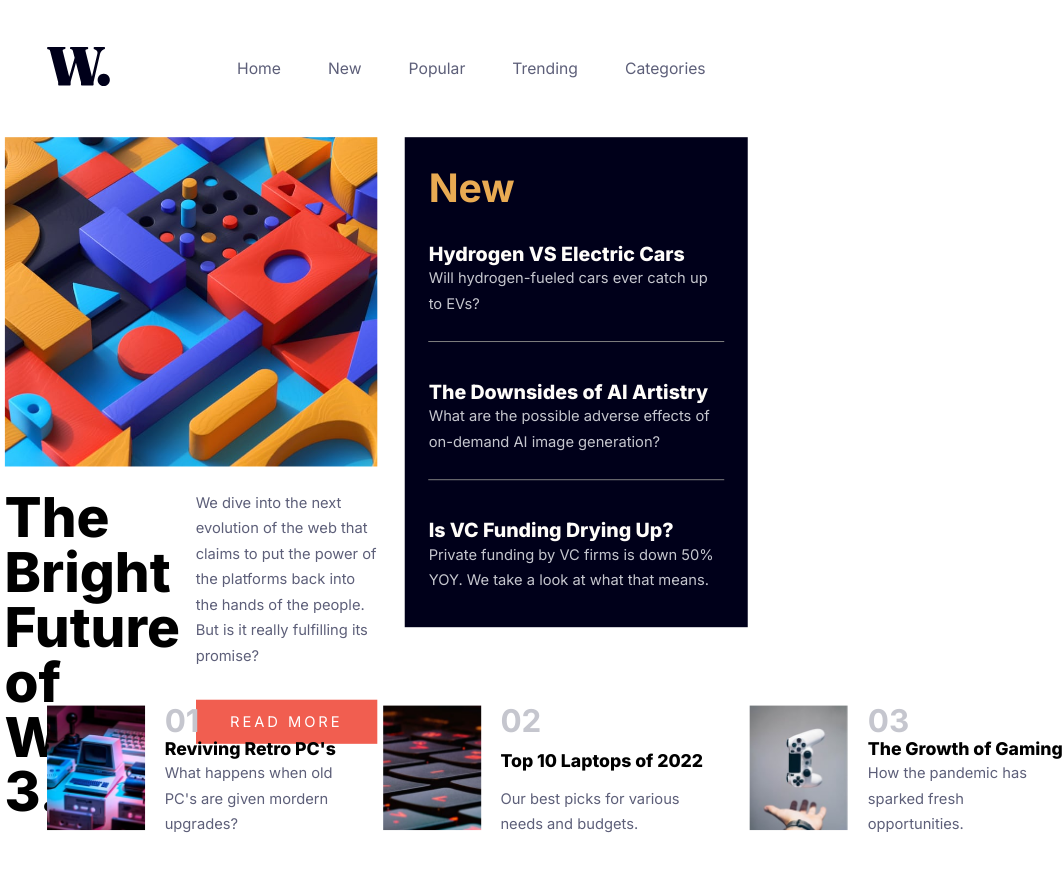
Repository: DevAntonioRogers/FrontendMentor-News-Homepage
Page: index.html
An editor plug-in stored every save of this project. The page is shown before and after the next save, followed by the edit.
The browser window is 768 px wide. The page is 1085 px wide, so the pictures cover 1085 px, including what lies to the right of the window. The pictures show the whole page, at 98% of full size.

Above is the page before, as saved 2023-04-24 02:24:53.

After the next save:
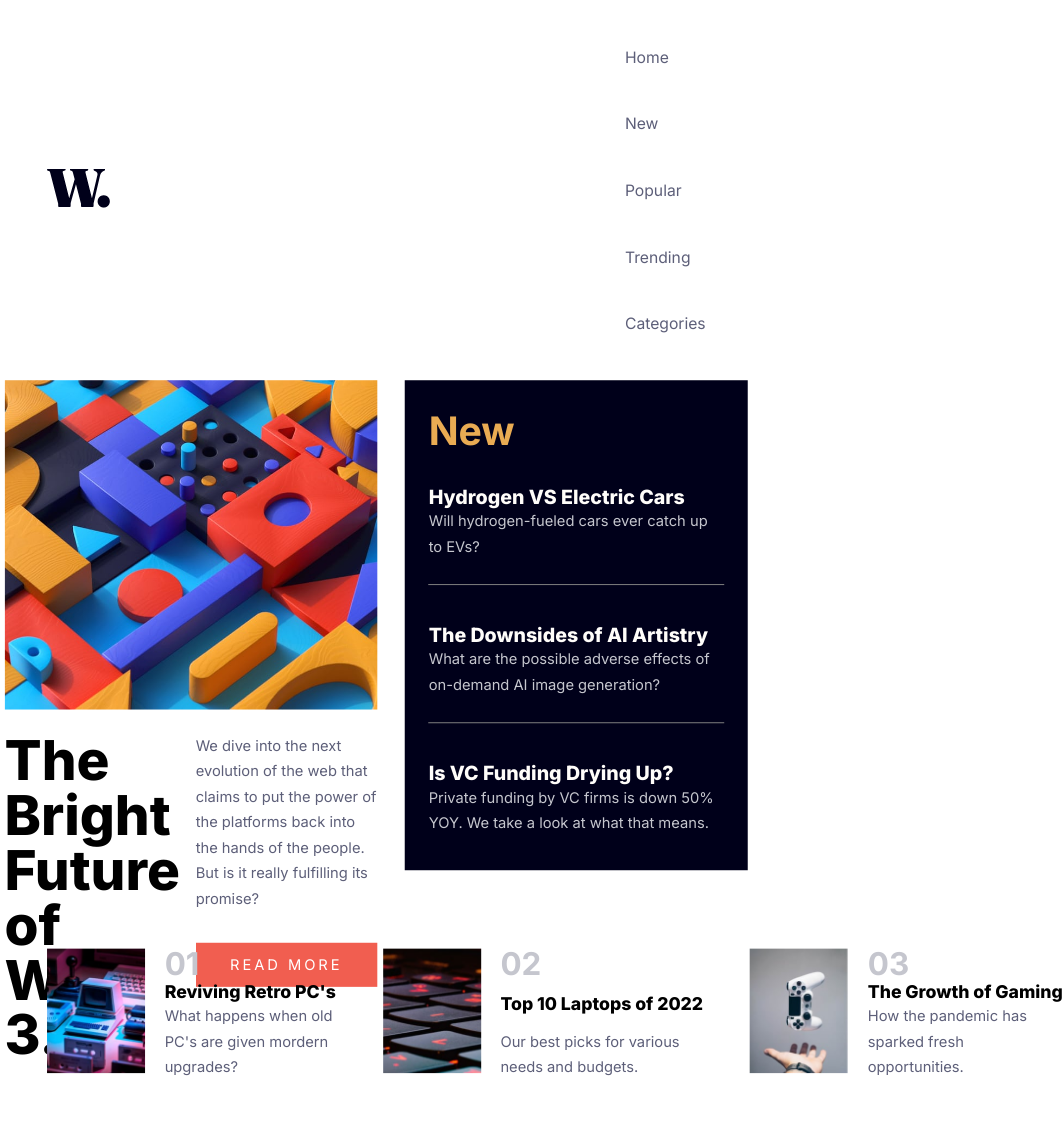
Saved 11 s later.
--- a/styles.css
+++ b/styles.css
@@ -193,4 +193,7 @@
 }
 
 @media only screen and (max-width: 768px) {
+  .nav-menu {
+    flex-direction: column;
+  }
 }

After the save that followed:
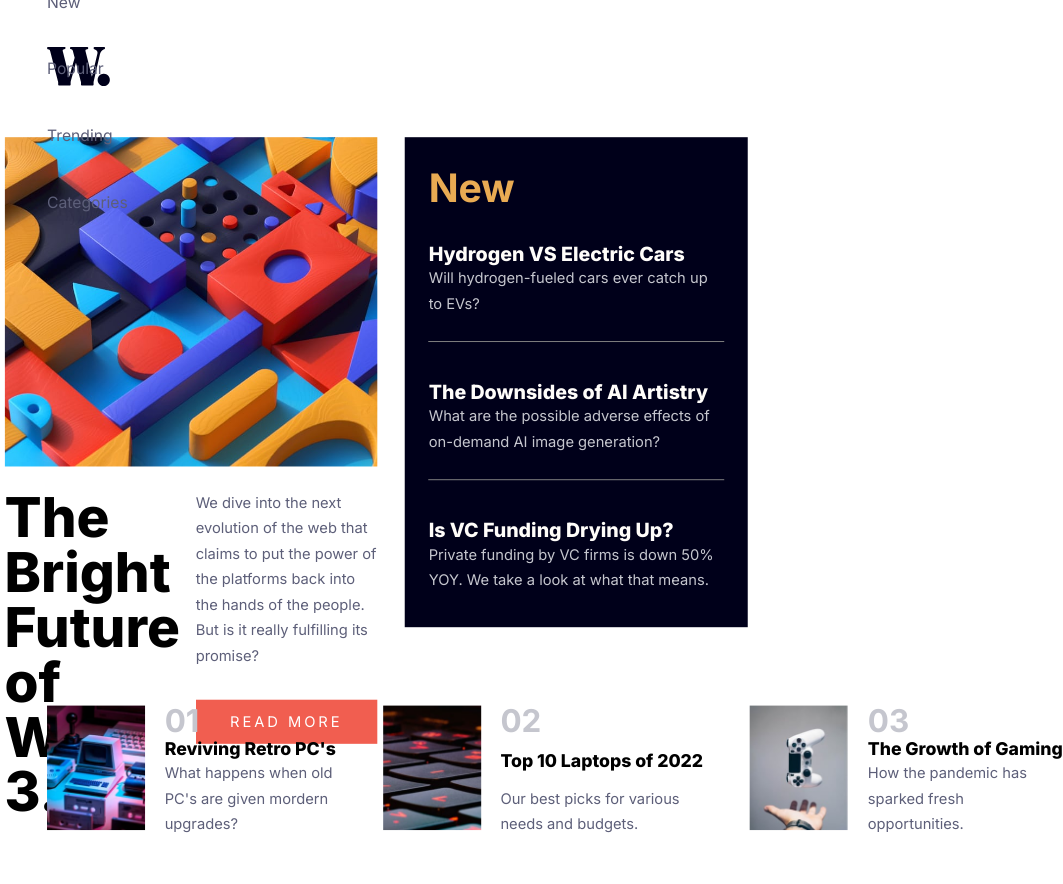
Saved 8 s later.
--- a/styles.css
+++ b/styles.css
@@ -195,5 +195,6 @@
 @media only screen and (max-width: 768px) {
   .nav-menu {
     flex-direction: column;
+    position: absolute;
   }
 }
